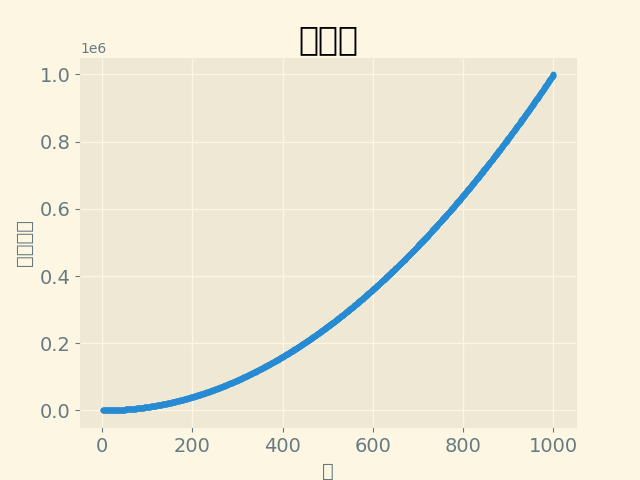
Repository: wh-debug/Matplotlib
Script's output: python make_scatter.py
An editor plug-in stored every save of this project. The script's output is shown before and after the next save, followed by the edit.
Random numbers start from a fixed seed.

Above is the script's output before, as saved 2021-02-23 15:21:56.

### make_scatter.py
'''
Author: your name
Date: 2021-02-20 08:00:13
LastEditTime: 2021-02-23 15:21:56
LastEditors: Please set LastEditors
Description: In User Settings Edit
FilePath: \Matplotlib\make_scatter.py
'''
import matplotlib.pyplot as plt

x_value = range(1, 1001)
y_value = [x**2 for x in x_value] #todo 使用for循环来进行计算

plt.style.use('Solarize_Light2')
fig, ax = plt.subplots()
ax.scatter(x_value, y_value, s=10) #todo 其中s=200是指定点的大小

ax.set_title("平方数", fontsize=24)
ax.set_xlabel("值", fontsize=14)
ax.set_ylabel("值的平方", fontsize=14)

ax.tick_params(axis='both', which='major', labelsize=14)

plt.show()

After the next save:
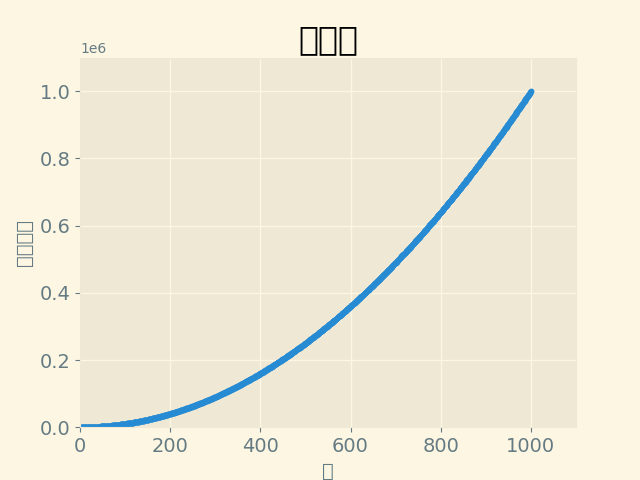
Saved 77 s later.
--- a/make_scatter.py
+++ b/make_scatter.py
@@ -1,7 +1,7 @@
 '''
 Author: your name
 Date: 2021-02-20 08:00:13
-LastEditTime: 2021-02-23 15:21:56
+LastEditTime: 2021-02-23 15:23:13
 LastEditors: Please set LastEditors
 Description: In User Settings Edit
 FilePath: \Matplotlib\make_scatter.py
@@ -21,4 +21,5 @@ ax.set_ylabel("值的平方", fontsize=14)
 
 ax.tick_params(axis='both', which='major', labelsize=14)
 
+ax.axis([0, 1100, 0, 1100000]) #todo 设置每个坐标轴的取值范围
 plt.show()
